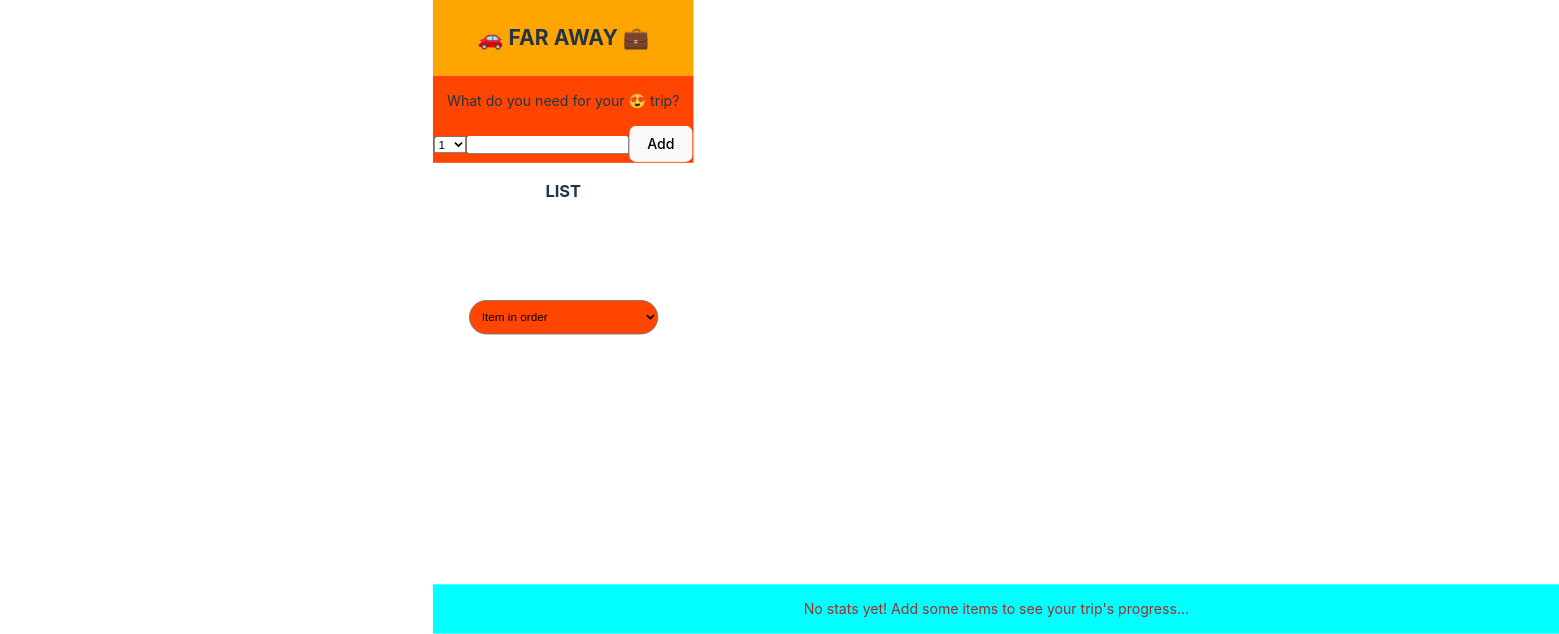
Repository: Celebration-cloud/Trip-Add-To-List
Page: /
These files come from the project's save history. The page is drawn as it stood at one moment and after the next save; the edit follows.
The browser window is 1280 px wide. The page is 1772 px wide, so the pictures cover 1772 px, including what lies to the right of the window. The pictures show the whole page, at 88% of full size.
The project was rebuilt for these pictures with package versions that can differ from the ones it lists, and the page was loaded fresh each time. Also part of the build but not shown: vite.config.js.

Above is the page before, as saved 2023-10-29 16:27:48.

After the next save:
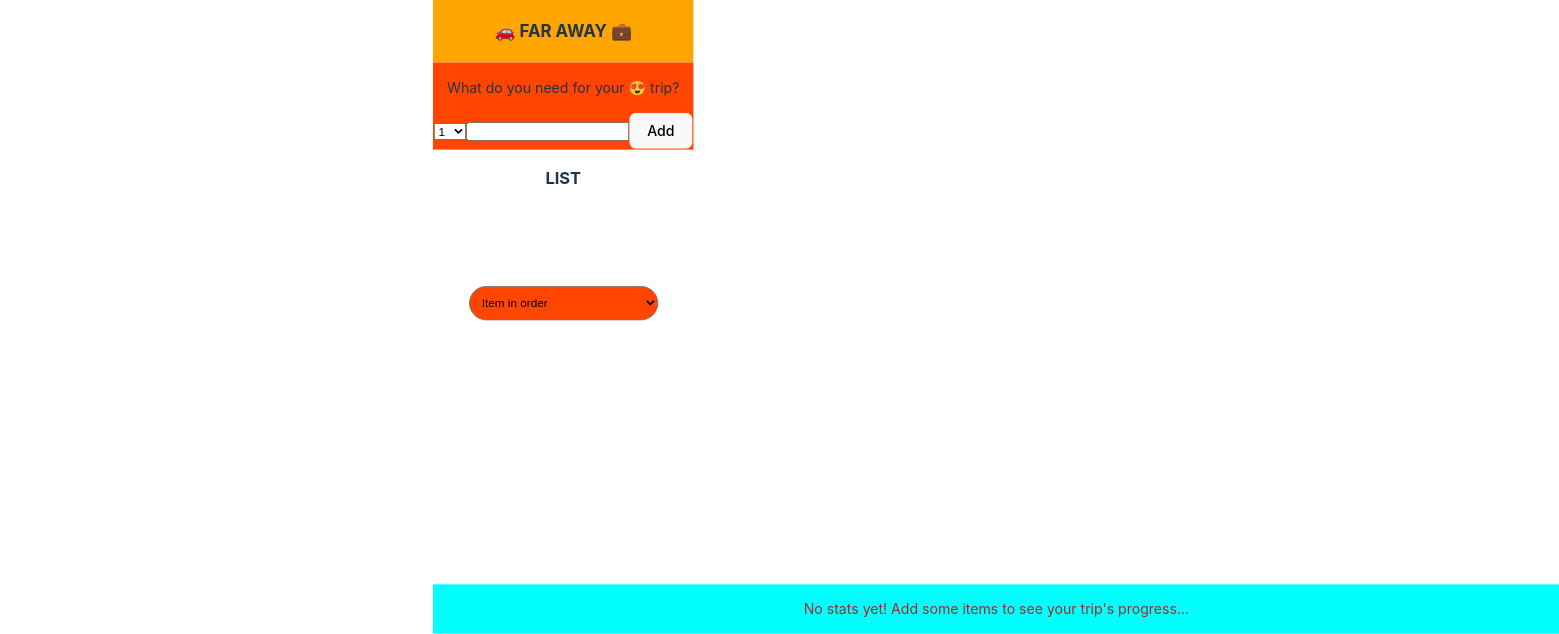
Saved 4 s later.
--- a/src/Trip-List/TripList.css
+++ b/src/Trip-List/TripList.css
@@ -12,7 +12,7 @@
 }
 .title{
     font-family: inherit;
-    font-size: ;
+    font-size: larger;
 }
 @media (max-width: 480px) {
     .static{
